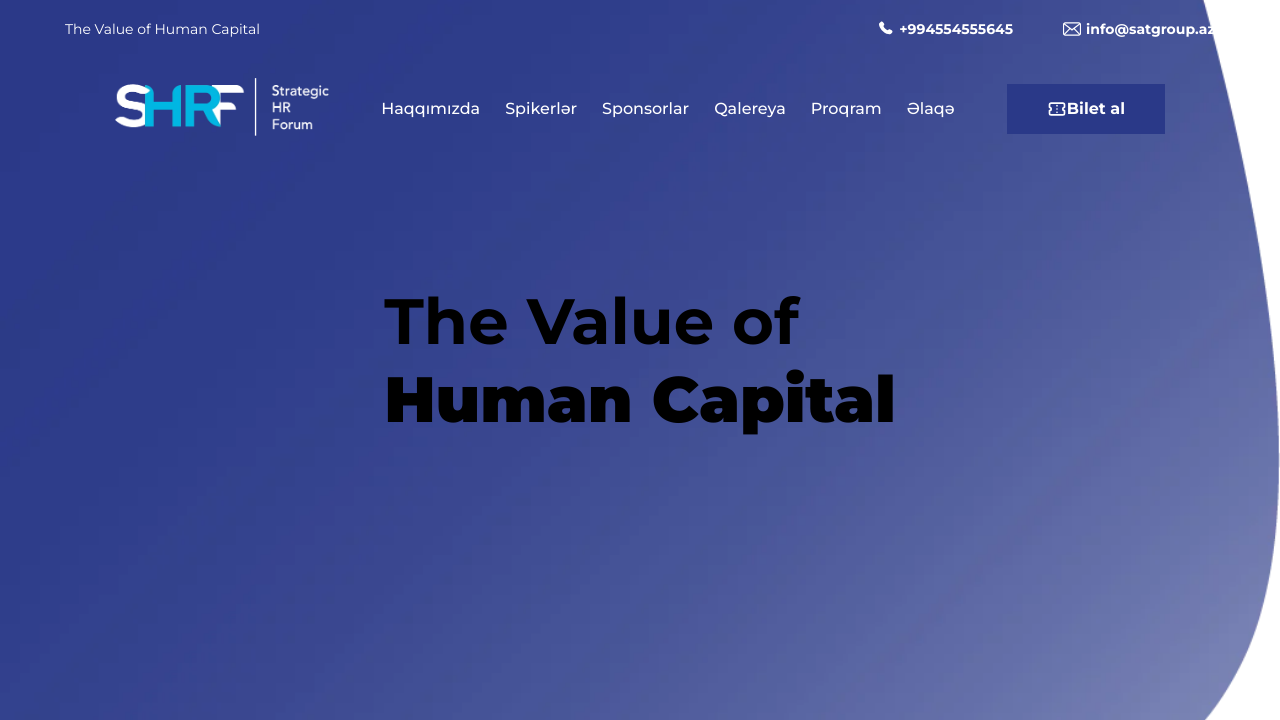
Repository: allahverdiyevabdulhasan/shrf
Page: /
The author's editor kept a copy of each file at every save. The page is drawn from the files as they stood at one save, then again after the next save.
The browser window is 1280 px wide. The pictures show the whole page.
The project was rebuilt for these pictures with package versions that can differ from the ones it lists, and the page was loaded fresh each time. Also part of the build but not shown: vite.config.js, src/App.css.

Above is the page before, as saved 2024-08-16 10:15:50.

After the next save:
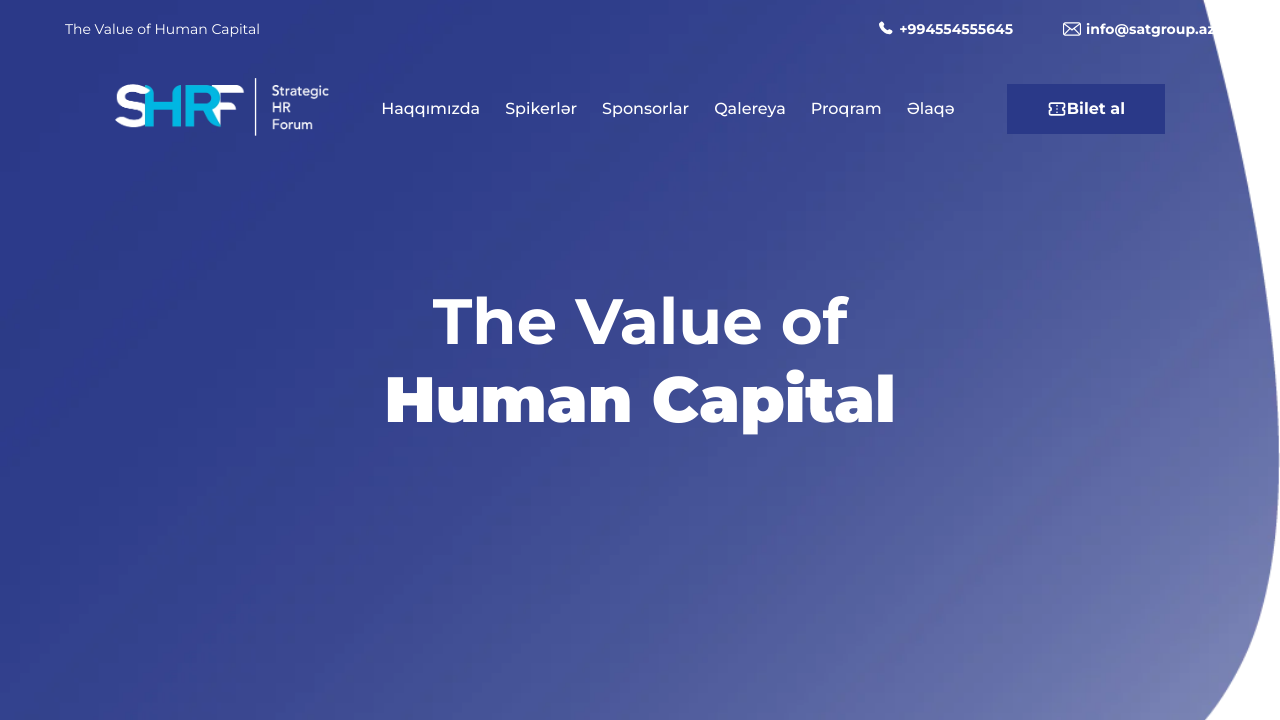
Saved 8 s later.
--- a/src/components/Intro/style.module.css
+++ b/src/components/Intro/style.module.css
@@ -7,6 +7,8 @@
 
     & h1{
         font-size: clamp(45px, 5vw, 100px);
+        color: #fff;
+        text-align: center;
         & span{
             font-weight: 900;
         }
